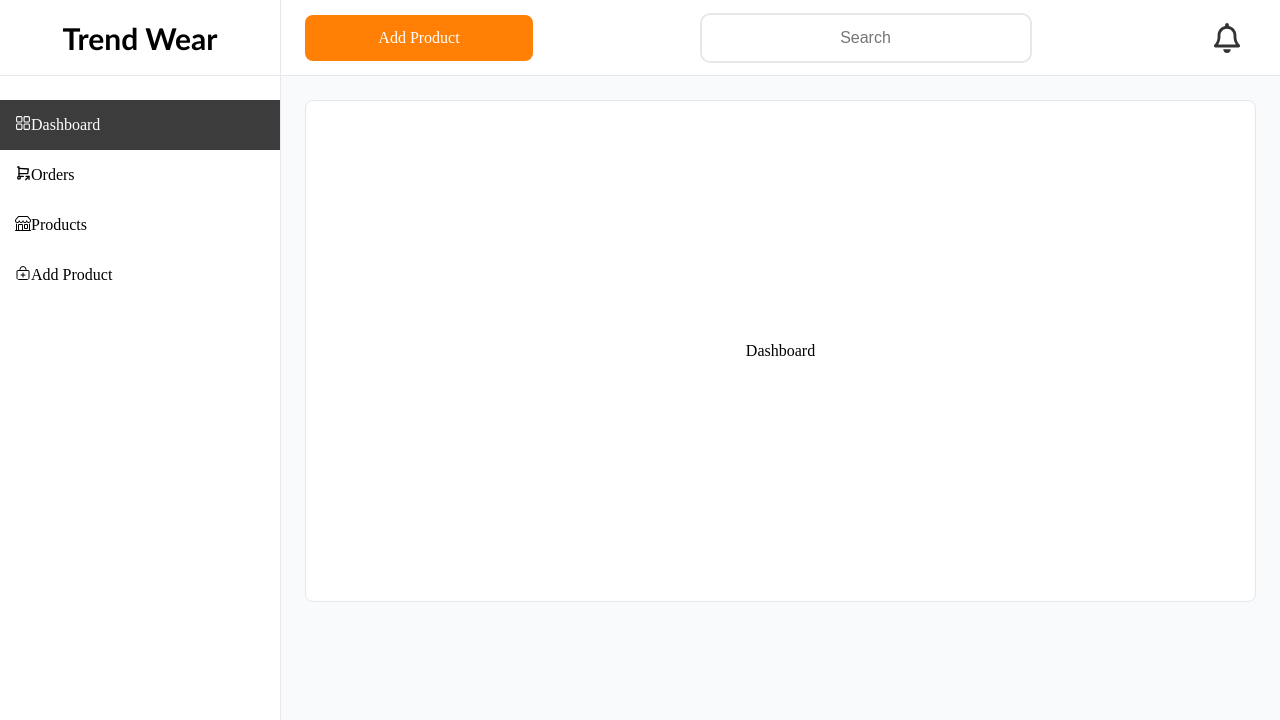
Repository: ahmad-dev7/TrendWear
Page: / (app in trend_wear_dashboard/)
These files come from the project's save history. The page is drawn as it stood at one moment and after the next save; the edit follows.
The browser window is 1280 px wide. The pictures show the whole page.
The project was rebuilt for these pictures with package versions that can differ from the ones it lists, and the page was loaded fresh each time. Also part of the build but not shown: trend_wear_dashboard/vite.config.ts.

Above is the page before, as saved 2025-01-19 21:48:05.

### trend_wear_dashboard/index.html
<!doctype html>
<html lang="en">

<head>
  <meta charset="UTF-8" />
  <link rel="icon" type="image/svg+xml" href="/vite.svg" />
  <meta name="viewport" content="width=device-width, initial-scale=1.0" />
  <title>Trend Wear</title>
</head>

<body>
  <div id="root"></div>
  <script type="module" src="/src/main.tsx"></script>
</body>

</html>

### trend_wear_dashboard/src/main.tsx
import { StrictMode } from "react";
import { createRoot } from "react-dom/client";
//import "bootstrap/dist/css/bootstrap.css";
import "./App.css";
import App from "./App.tsx";

createRoot(document.getElementById("root")!).render(
  <StrictMode>
    <App />
  </StrictMode>
);

### trend_wear_dashboard/src/App.css
body {
    background-color: #F9FAFB;
    padding: 0;
    margin: 0;
}

#parent {
    display: flex;
}

### trend_wear_dashboard/src/App.tsx
import { useState } from "react";
import Dashboard from "./Components/Body/Dashboard";
import Navbar from "./Components/Navbar/Navbar";
import Sidebar from "./Components/Sidebar/Sidebar";

function App() {
  const [body, setBody] = useState("Dashboard");

  return (
    <div id="parent">
      <Sidebar onSelectTab={setBody} />
      <div style={{ flex: 1 }}>
        <Navbar />
        <Dashboard>{body}</Dashboard>
      </div>
    </div>
  );
}

export default App;

### trend_wear_dashboard/src/Components/Body/Dashboard.tsx
import "./Dashboard.css";

interface Props {
  children: React.ReactNode;
}

const Dashboard = ({ children }: Props) => {
  return <div id="content-body">{children}</div>;
};

export default Dashboard;

### trend_wear_dashboard/src/Components/Navbar/Navbar.tsx
import "./Navbar.css";
import { FaRegBell } from "react-icons/fa6";

const Navbar = () => {
  return (
    <div>
      <div id="top-navbar">
        <div className="nav-item add-product-button">Add Product</div>
        <input className="nav-item" placeholder="Search" type="text" />
        <FaRegBell className="nav-item icon"></FaRegBell>
      </div>
    </div>
  );
};

export default Navbar;

### trend_wear_dashboard/src/Components/Sidebar/Sidebar.tsx
import "./Sidebar.css";
import SidebarContent from "./SidebarContent";
import { RxDashboard } from "react-icons/rx";
import { TbShoppingCartShare } from "react-icons/tb";
import { BsShop } from "react-icons/bs";
import { IoBagAddOutline } from "react-icons/io5";

interface Props {
  onSelectTab: (tab: string) => void;
}

const Sidebar = ({ onSelectTab }: Props) => {
  interface Tabs {
    icon: JSX.Element;
    label: string;
  }

  const tabs: Tabs[] = [
    { label: "Dashboard", icon: <RxDashboard /> },
    { label: "Orders", icon: <TbShoppingCartShare /> },
    { label: "Products", icon: <BsShop /> },
    { label: "Add Product", icon: <IoBagAddOutline /> },
  ];

  return (
    <div id="sidebar">
      <div className="header">Trend Wear</div>
      <ul id="sidebar-content">
        <SidebarContent tabsList={tabs} onSelectTab={onSelectTab} />
      </ul>
    </div>
  );
};

export default Sidebar;

### trend_wear_dashboard/src/Components/Body/Dashboard.css
#content-body {
    height: 500px;
    margin: 24px;
    background-color: white;
    display: flex;
    align-items: center;
    justify-content: center;
    border: 1px solid #e5e7eb;
    border-radius: 8px;
}

### trend_wear_dashboard/src/Components/Navbar/Navbar.css
#top-navbar {
    display: flex;
    justify-content: space-between;
    align-items: center;
    /* padding: 0 24px; */
    background-color: white;
    height: 75px;
    width: 100%;
    border-bottom: 1px solid #e5e7eb;
}

.nav-item {
    font-size: 16px;
    color: #333;
    text-align: center;
    width: 200px;
    border-radius: 8px;
    padding: 14px;
    text-decoration: none;
}

.add-product-button {
    color: white;
    margin-left: 24px;
    background-color: #ff8005;
}

#top-navbar input {
    border: none;
    outline: 2px solid #e5e7eb;
    flex-grow: 1;
    max-width: 300px;
}

#top-navbar .icon {
    height: 30px;
    width: 30px;
    margin-right: 24px;
    object-fit: contain;
}

### trend_wear_dashboard/src/Components/Sidebar/Sidebar.css
/* Sidebar.css */
#sidebar {
    background-color: white;
    width: 280px;
    height: 100vh;
    border-right: 1px solid #e5e7eb;
}

#sidebar .header {
    display: flex;
    justify-content: center;
    align-items: center;
    height: 75px;
    font-size: 30px;
    font-weight: bold;
    font-family: 'Gill Sans', 'Gill Sans MT', Calibri, 'Trebuchet MS', sans-serif;
    background-color: white;
    text-align: center;
    border-bottom: 1px solid #e5e7eb;
}

#sidebar-content {
    list-style-type: none;
    margin-top: 24px;
    padding: 0;
    cursor: pointer;
}

#sidebar-content .tab {
    height: 50px;
    color: black;
    display: flex;
    align-items: center;
    padding-left: 15px;
}

#sidebar-content .active {
    background-color: #3c3c3c;
    color: white;
}

#sidebar-content .tab:hover:not(.active) {
    background-color: #eaeaea;
}

### trend_wear_dashboard/src/Components/Sidebar/SidebarContent.tsx
import "./Sidebar.css";
import { useState } from "react";

interface Tabs {
  icon: JSX.Element;
  label: string;
}

interface Props {
  tabsList: Tabs[];
  onSelectTab: (tab: string) => void;
}

const SidebarContent = ({ tabsList, onSelectTab }: Props) => {
  const [active, setTab] = useState("Dashboard");
  return (
    <>
      {tabsList.map((tab) => (
        <li
          key={tab.label}
          className={"tab " + (tab.label == active && "active")}
          onClick={() => {
            setTab(tab.label);
            onSelectTab(tab.label);
          }}
        >
          <div className="icon">{tab.icon}</div>
          <div className="label">{tab.label}</div>
        </li>
      ))}
    </>
  );
};

export default SidebarContent;

After the next save:
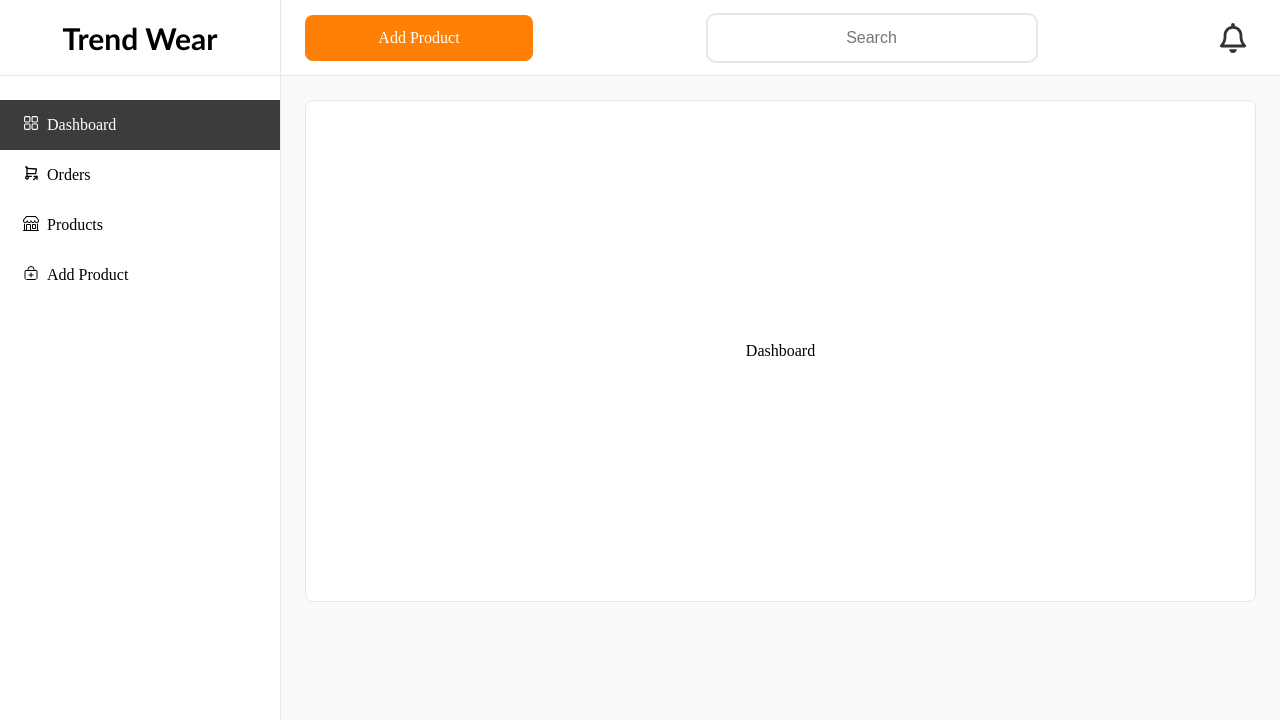
Saved 53 s later.
--- a/trend_wear_dashboard/src/Components/Sidebar/Sidebar.css
+++ b/trend_wear_dashboard/src/Components/Sidebar/Sidebar.css
@@ -34,6 +34,10 @@
     padding-left: 15px;
 }
 
+.icon {
+    padding: 8px;
+}
+
 #sidebar-content .active {
     background-color: #3c3c3c;
     color: white;
